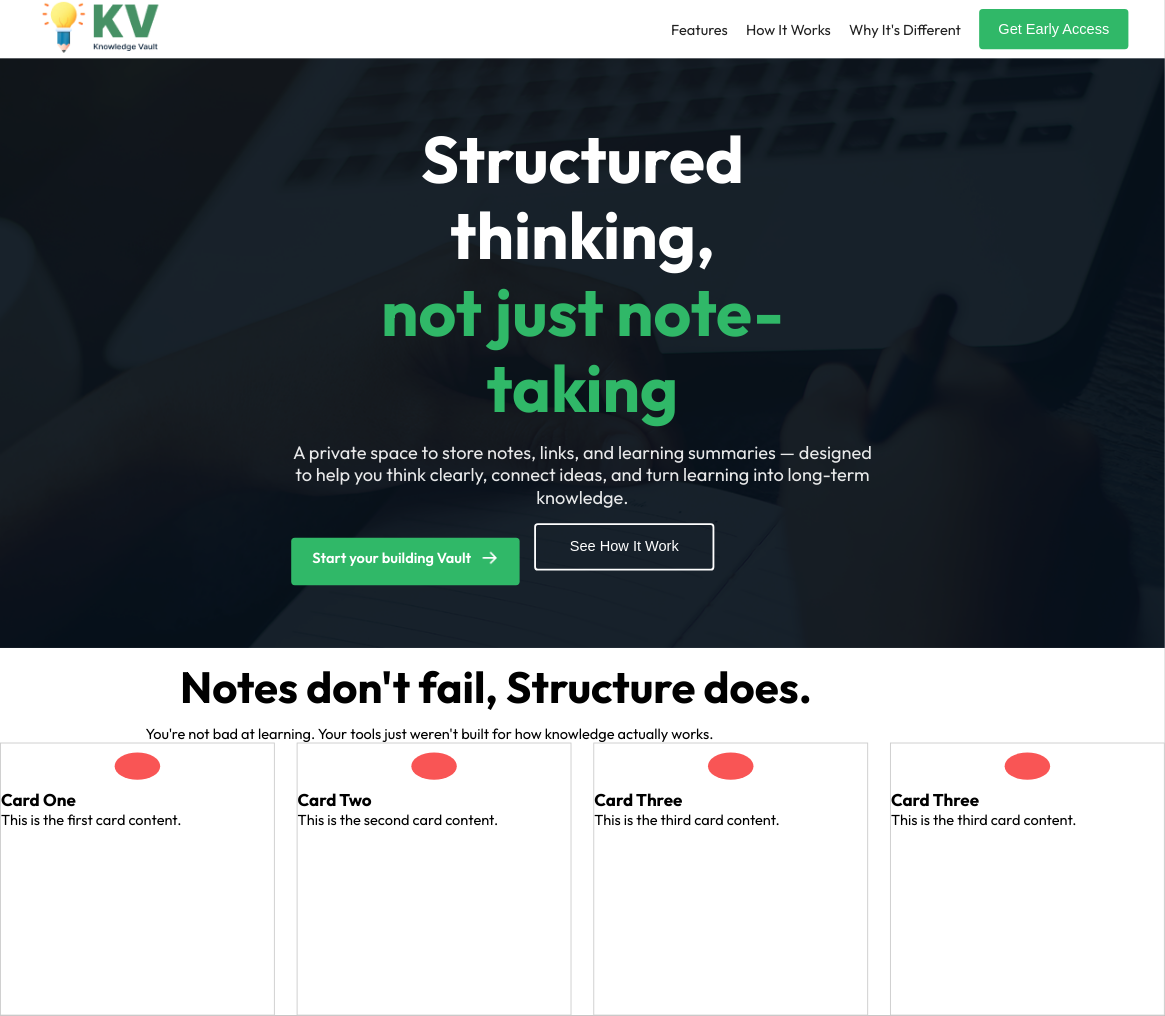
Repository: tanimtanzilislam/Assignment1-PH
Page: index.html
The author's editor kept a copy of each file at every save. The page is drawn from the files as they stood at one save, then again after the next save.
The browser window is 1280 px wide. The pictures show the whole page, at 91% of full size.

Above is the page before, as saved 2026-01-19 20:15:47.

After the next save:
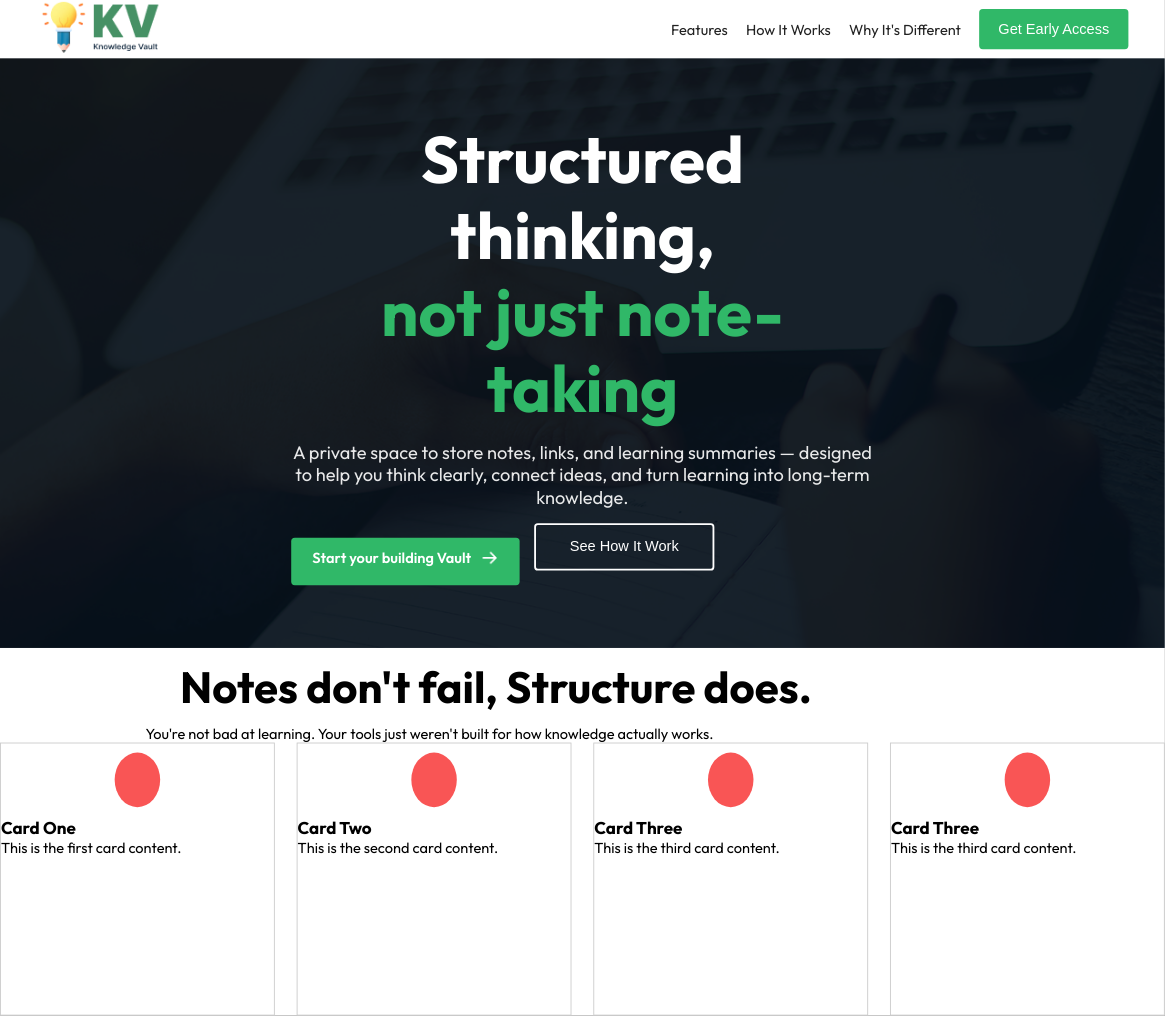
Saved 82 s later.
--- a/style.css
+++ b/style.css
@@ -191,7 +191,7 @@
 }
 .ellipse-shape {
     width: 50px;
-    height: 30px; /* Or equal for circle */
+    height: 60px; /* Or equal for circle */
     background-color: #F95555;
     border-radius: 50%; /* Makes it elliptical/circular */
     margin: 10px auto; /* Center it */
